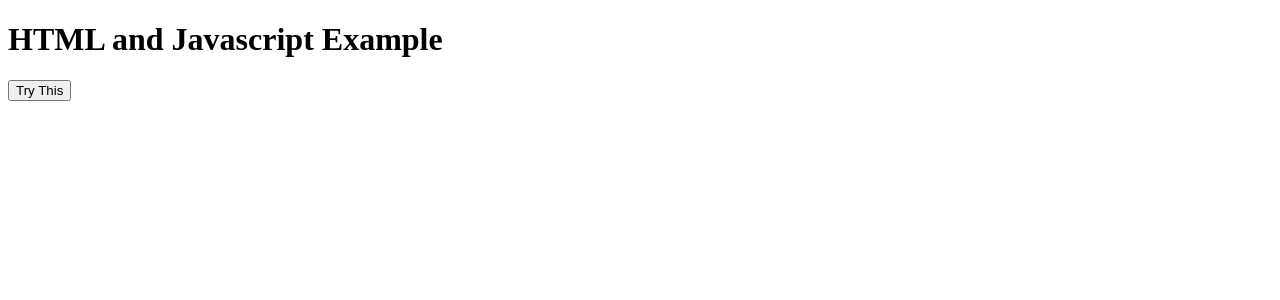
Repository: 144321/GitNinjaDynamicApp
Page: NinjaEx/WebContent/index.html
An editor plug-in stored every save of this project. The page is shown before and after the next save, followed by the edit.
The browser window is 1280 px wide. The pictures show the whole page.

Above is the page before, as saved 2019-07-25 19:15:36.

After the next save:
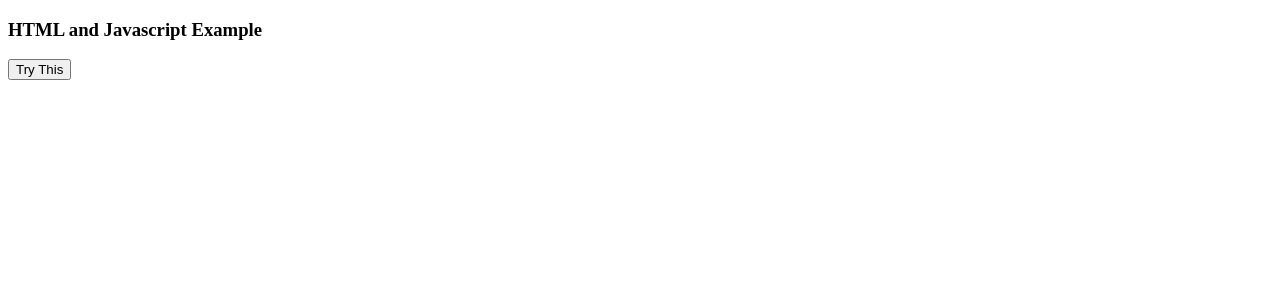
Saved 3 min 6 s later.
--- a/NinjaEx/WebContent/index.html
+++ b/NinjaEx/WebContent/index.html
@@ -3,9 +3,16 @@
 <head>
 <meta charset="ISO-8859-1">
 <title>Insert title here</title>
+<script type="text/javascript">
+	function callWelcome()
+	{
+		document.getElementById("call_welcome").innerHTML="Welcome to JavaScript Hands On"
+	}
+
+</script>
 </head>
 <body>
-<h1>HTML and Javascript Example</h1>
+<h3>HTML and Javascript Example</h3>
 
 <button name="clicke" value="click" onclick="callWelcome()">Try This</button>
 <h3 id="call_welcome" hidden='true'></h3>
